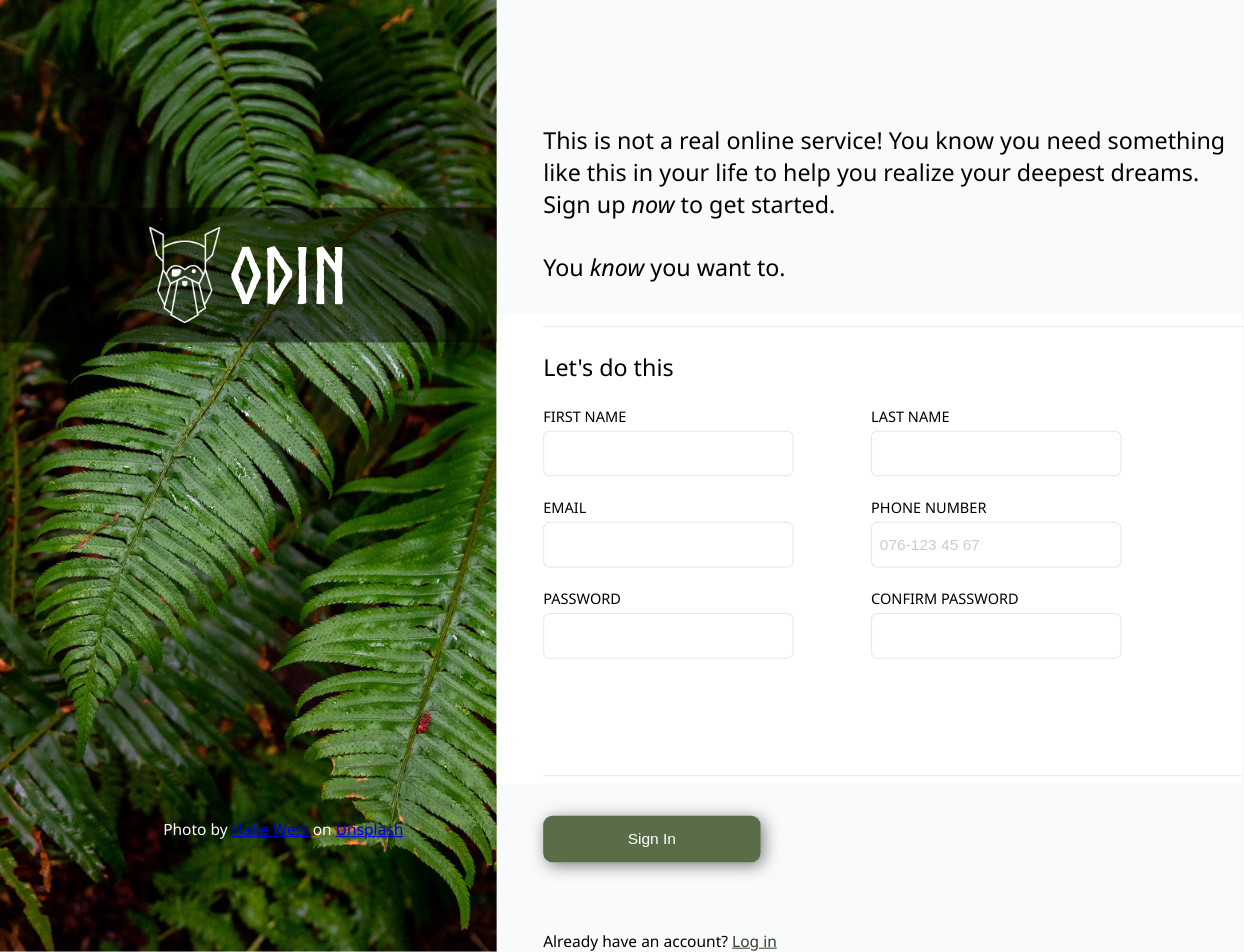
Repository: fed26sto-fundamentals/sign-up-form-odai-dh
Page: index.html
An editor plug-in stored every save of this project. The page is shown before and after a run of saves, followed by the edit.
The browser window is 1280 px wide. The page is 1282 px wide, so the pictures cover 1282 px, including what lies to the right of the window. The pictures show the whole page, at 97% of full size.

Above is the page before, as saved 2024-10-01 21:15:51.

After the next 3 saves:
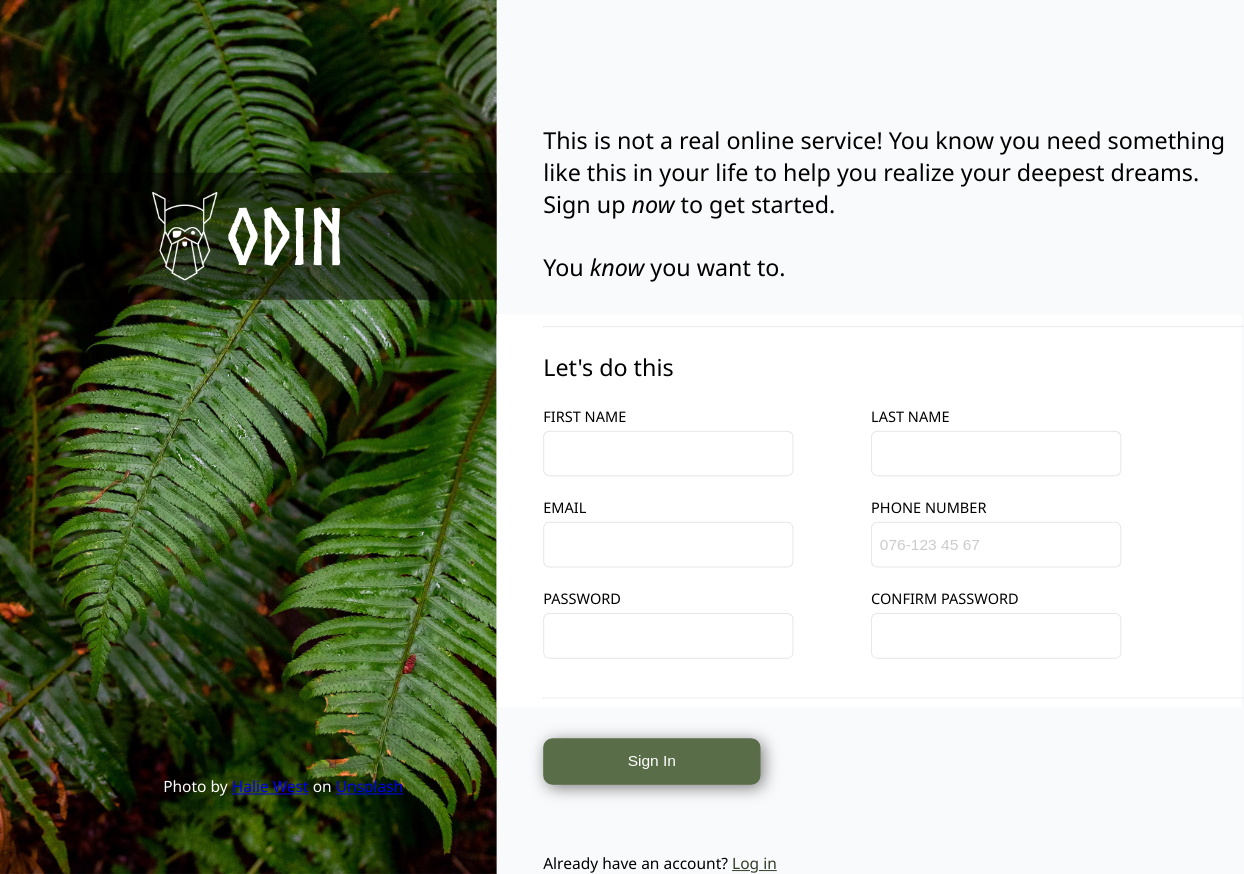
The 3 saves are shown as one change because they came seconds apart.
The last was saved 6 s later.
--- a/index.html
+++ b/index.html
@@ -69,10 +69,9 @@
                             <span class="error-message" aria-live="polite">Password do Not match</span>
                         </div>
                     </div>
-                <hr id="line">
 
                 </div>
-
+                <hr id="line">
         </div>
 
         <div class="submtion">
